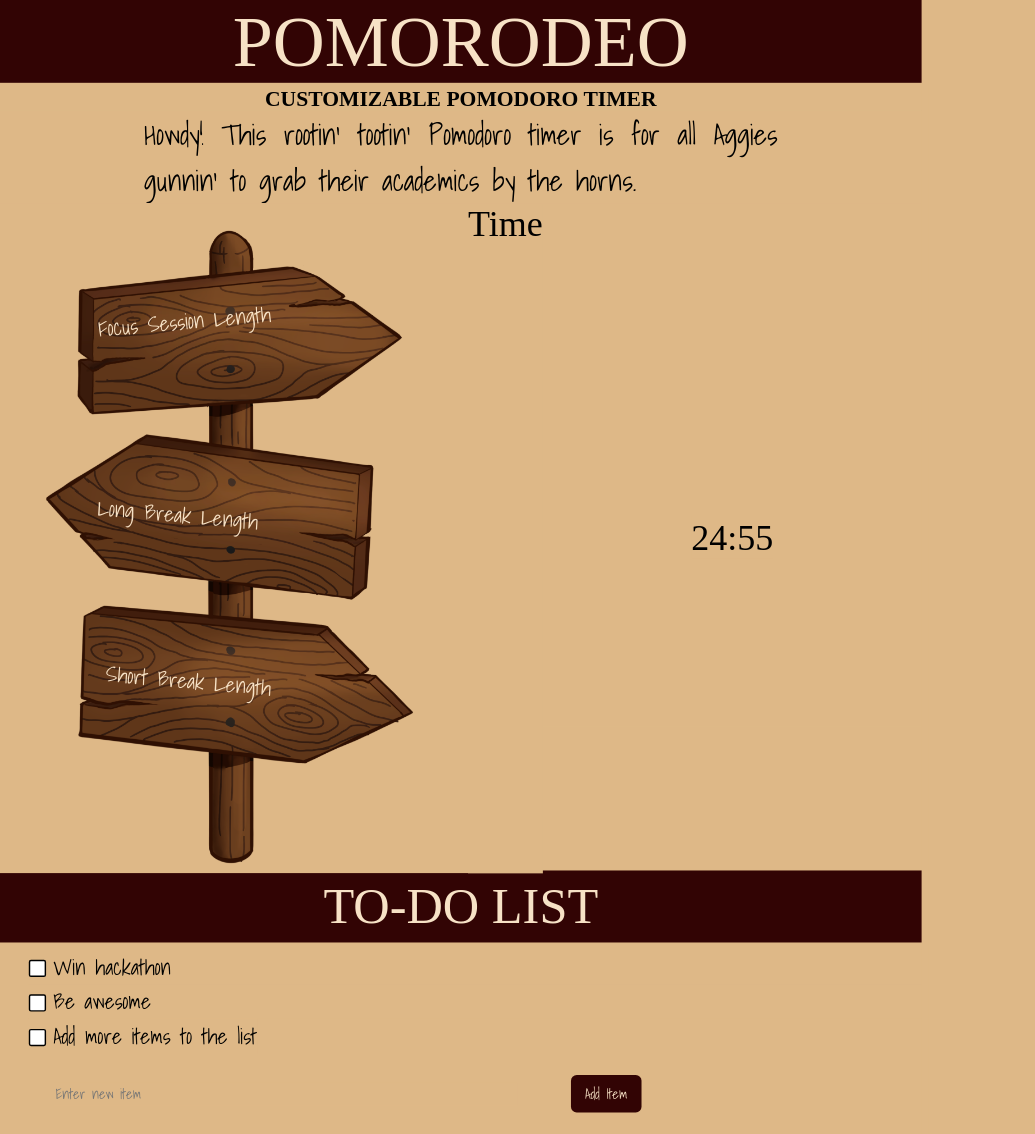
Repository: riya10483/pomodoro
Page: pomorodeo.html
An editor plug-in stored every save of this project. The page is shown before and after the next save, followed by the edit.
The browser window is 1280 px wide. The page is 1290 px wide, then 1437 px, so the pictures cover 1437 px, including what lies to the right of the window. The pictures show the whole page, at 72% of full size.
Some web fonts or font styles are not loaded; a fallback is used.

Above is the page before, as saved 2024-09-29 00:06:03.
Console error: SyntaxError: Identifier 'startTiming' has already been declared

After the next save:
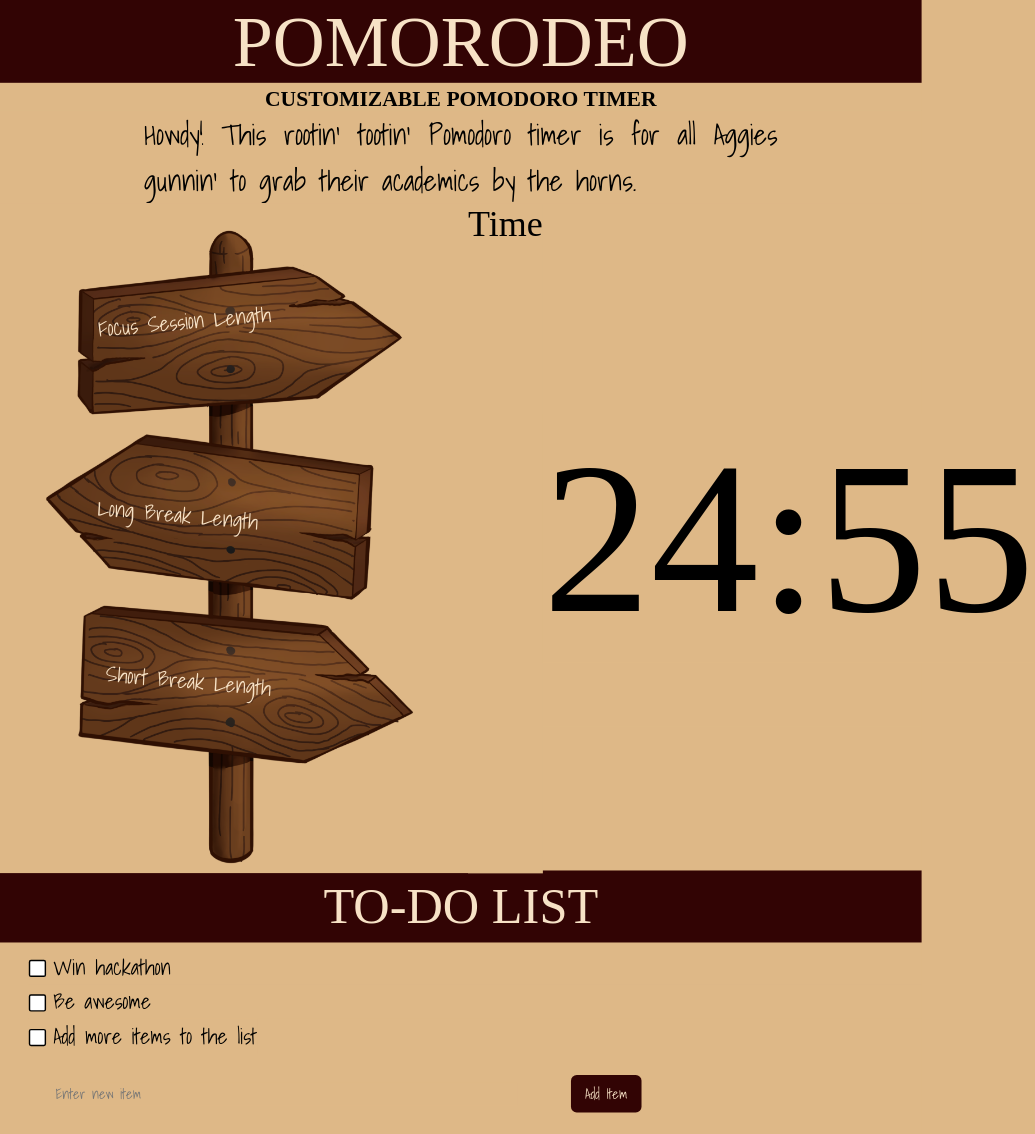
Saved 34 s later.
--- a/pomorodeo.css
+++ b/pomorodeo.css
@@ -122,7 +122,7 @@ button {
 }
 
 #timer {
-    font-size: 50px;
+    font-size: 300px;
     font-family: Rye;
     text-align: center;
     margin: auto;
